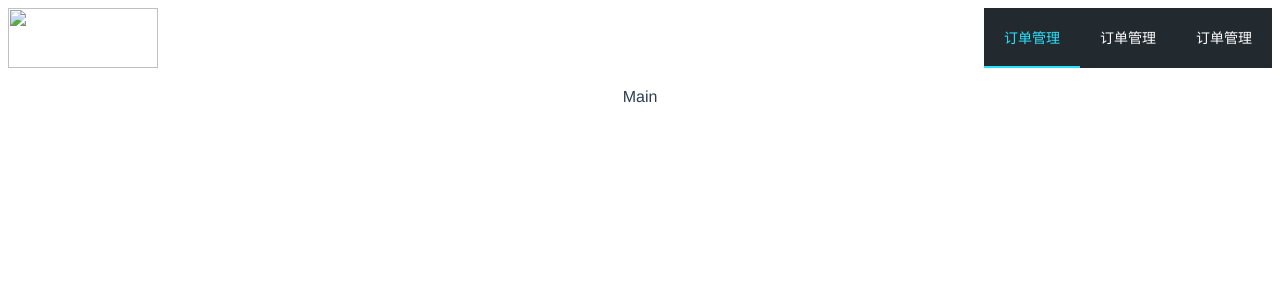
Repository: TheWomanLiketheWind/woodpecker
Page: /
An editor plug-in stored every save of this project. The page is shown before and after the next save, followed by the edit.
The browser window is 1280 px wide. The pictures show the whole page.
The project was rebuilt for these pictures with package versions that can differ from the ones it lists, and the page was loaded fresh each time. Imported but missing from the stored project, and not drawn on this page: src/views/About.vue.

Above is the page before, as saved 2019-07-25 15:10:05.

After the next save:
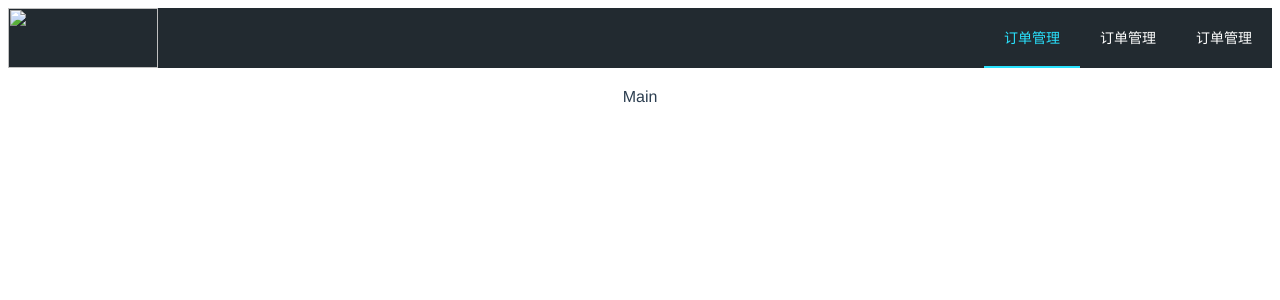
Saved 24 s later.
--- a/src/views/Home.vue
+++ b/src/views/Home.vue
@@ -57,7 +57,7 @@ export default class Home extends Vue {
 
 <style lang="scss">
 .headerAll {
-  background: "#222a30";
+  background: #222a30;
   .headImage {
     width: 150px;
     height: 100%;
